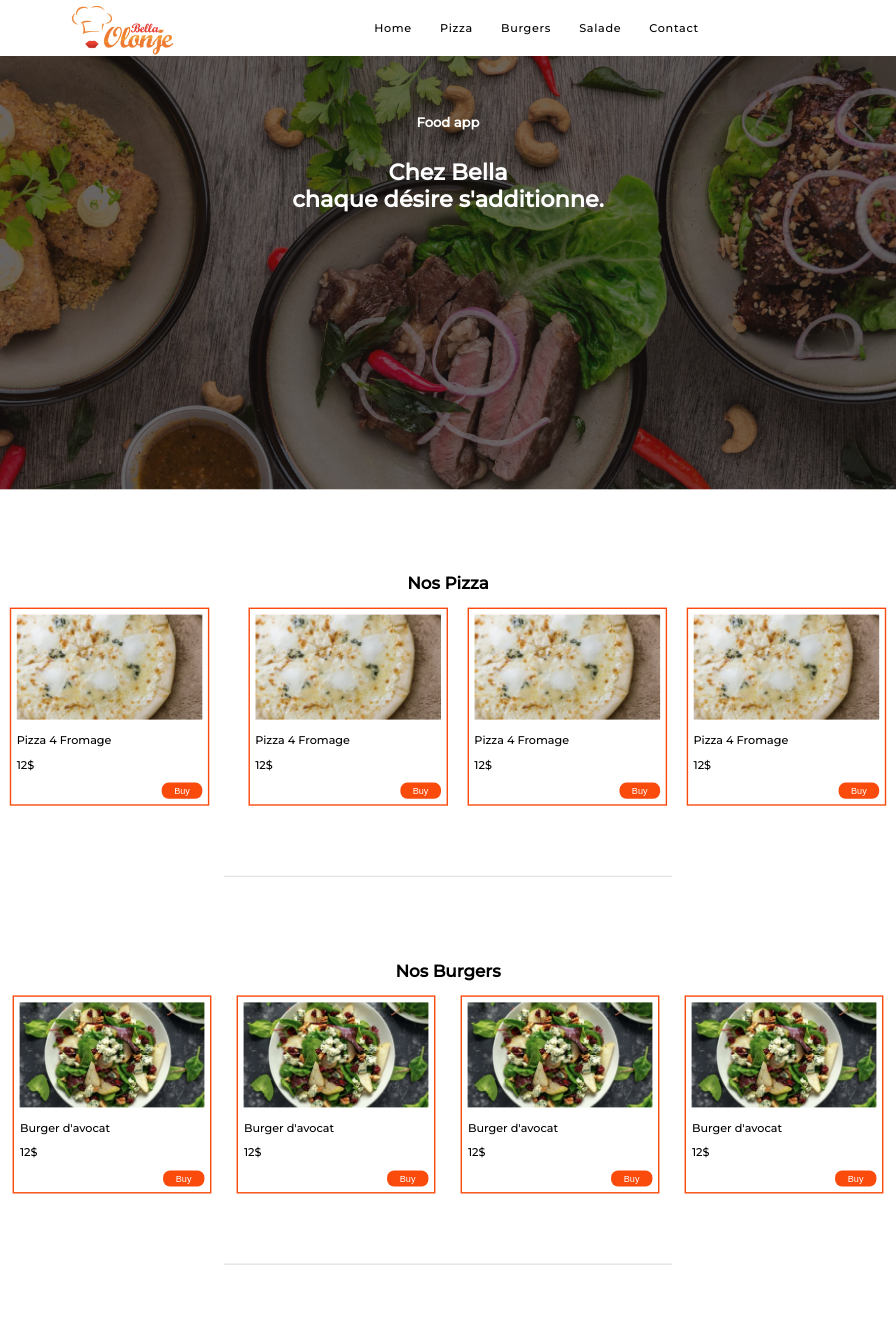
Repository: Ahlam-belhadj/bella-olange
Page: index.html
The author's editor kept a copy of each file at every save. The page is drawn from the files as they stood at one save, then again after the next save.
The browser window is 1280 px wide. The pictures show the part of the page from y = 0 to 1920 px (the page is 3238 px tall), at 70% of full size.

Above is the page before, as saved 2023-02-14 12:53:17.

After the next save:
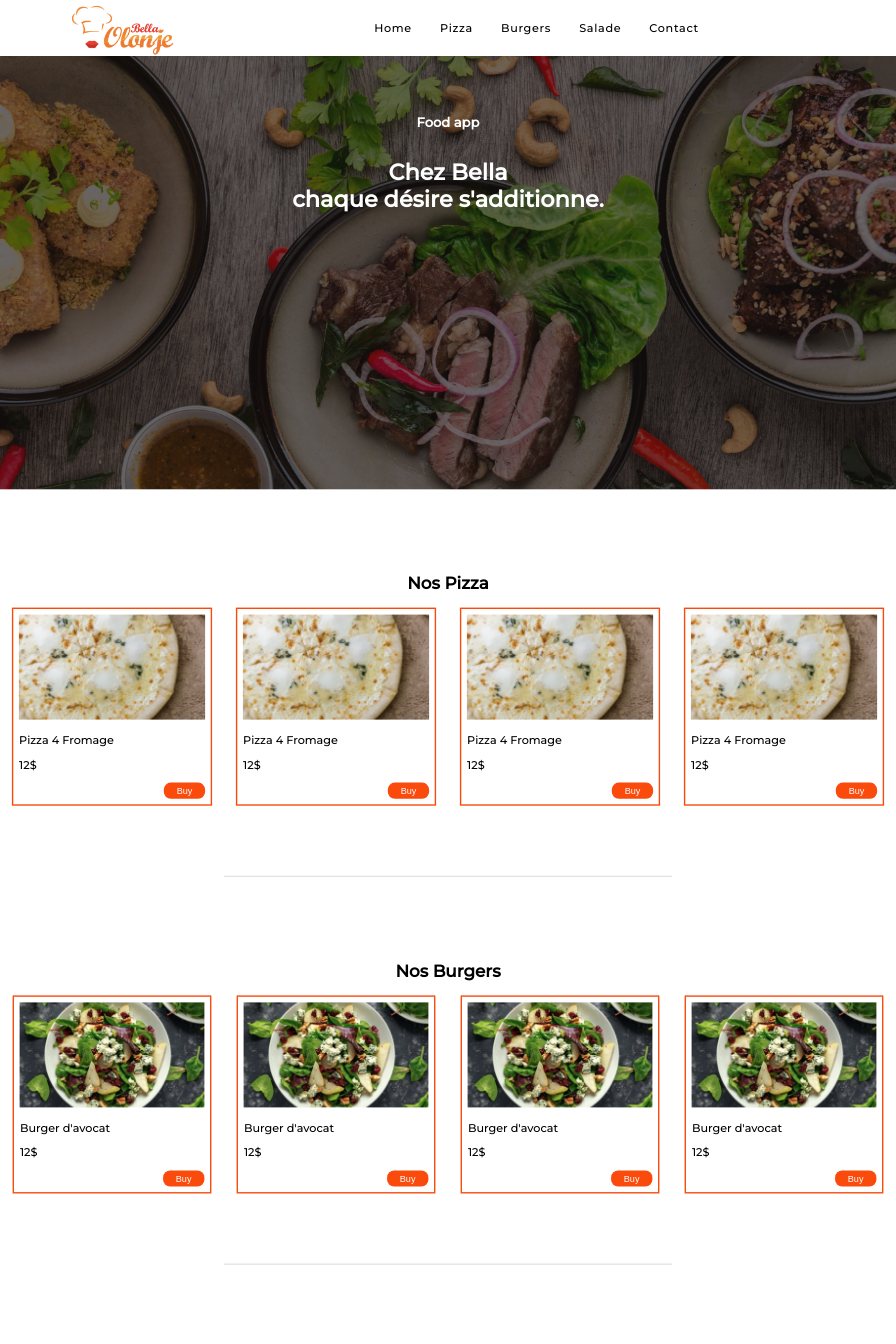
Saved 4 s later.
--- a/index.html
+++ b/index.html
@@ -57,7 +57,6 @@
                     <a href="index2.html"><button class="button" type="button">Buy</button></a>
                 </div>
             </div>
-            <div class="b-wrap"></div>
             <div class="border">
                 <div class="card-img">
                     <img  class="pimg" src="image/fromage.png" alt="">
